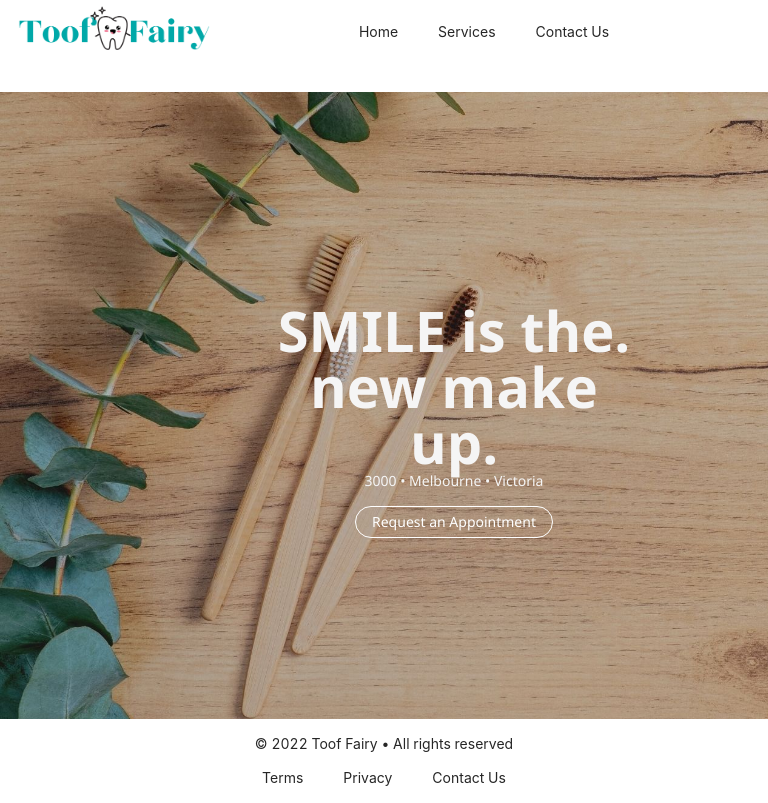
Repository: neldad1/dentist-app
Page: /
An editor plug-in stored every save of this project. The page is shown before and after the next save, followed by the edit.
The browser window is 768 px wide. The pictures show the whole page.
The project was rebuilt for these pictures with package versions that can differ from the ones it lists, and the page was loaded fresh each time. Also part of the build but not shown: src/components/Contact.jsx, src/components/Services/ToofImg.jsx, src/components/Services/Cosmetic.jsx, src/components/Services/Restorative.jsx, src/components/Services/Preventative.jsx, src/components/Footer/Terms.jsx, src/components/Footer/Privacy.jsx.

Above is the page before, as saved 2022-03-10 14:40:49.

### public/index.html
<!DOCTYPE html>
<html lang="en">
  <head>
    <meta charset="utf-8" />
    <link rel="icon" href="%PUBLIC_URL%/favicon.svg" type="image/svg+xml">
    <meta name="viewport" content="width=device-width, initial-scale=1" />
    <meta name="theme-color" content="#000000" />
    <meta
      name="description"
      content="Web site created using create-react-app"
    />
    <link rel="apple-touch-icon" href="%PUBLIC_URL%/logo192.png" />
    <!--
      manifest.json provides metadata used when your web app is installed on a
      user's mobile device or desktop. See https://developers.google.com/web/fundamentals/web-app-manifest/
    -->
    <link rel="manifest" href="%PUBLIC_URL%/manifest.json" />
    <!--
      Notice the use of %PUBLIC_URL% in the tags above.
      It will be replaced with the URL of the `public` folder during the build.
      Only files inside the `public` folder can be referenced from the HTML.

      Unlike "/favicon.ico" or "favicon.ico", "%PUBLIC_URL%/favicon.ico" will
      work correctly both with client-side routing and a non-root public URL.
      Learn how to configure a non-root public URL by running `npm run build`.
    -->
    <title>React App</title>
  </head>
  <body>
    <noscript>You need to enable JavaScript to run this app.</noscript>
    <div id="root"></div>
    <!--
      This HTML file is a template.
      If you open it directly in the browser, you will see an empty page.

      You can add webfonts, meta tags, or analytics to this file.
      The build step will place the bundled scripts into the <body> tag.

      To begin the development, run `npm start` or `yarn start`.
      To create a production bundle, use `npm run build` or `yarn build`.
    -->
  </body>
</html>

### src/index.js
import React from 'react';
import ReactDOM from 'react-dom';
import './index.css';
import App from './App';
import reportWebVitals from './reportWebVitals';

ReactDOM.render(
  //<React.StrictMode>
  <App />,
  //</React.StrictMode>,
  document.getElementById('root')
);

// If you want to start measuring performance in your app, pass a function
// to log results (for example: reportWebVitals(console.log))
// or send to an analytics endpoint. Learn more: https://bit.ly/CRA-vitals
reportWebVitals();

### src/App.js
import { BrowserRouter } from 'react-router-dom';

import 'antd/dist/antd.min.css';
import './App.css';
import AppRoutes from './AppRoutes';
import { Layout } from 'antd';
import HeaderLogo from './components/Header/HeaderLogo';
import Navigation from './components/Header/Navigation';
import FooterMenu from './components/Footer/FooterMenu';
const { Header, Footer, Content } = Layout;

function App() {
  return (
    <BrowserRouter>
      <Layout className="layout">
        <Header className="header">
          <HeaderLogo />
          <Navigation />
        </Header>
        <Content>
          <AppRoutes />
        </Content>
        <Footer className="footer">
          <span>© 2022 Toof Fairy • All rights reserved </span>
          <FooterMenu />
        </Footer>
      </Layout>
    </BrowserRouter>
  );
}

export default App;

### src/App.css

h1 {
  font-size: 2.5em;
}

.layout {
  height: 100vh;
  width: 100vw;
  text-align: center;
  background: #fff;
}

.header {
  background: #fff;
  padding: 0 1em;
}

.menu {
  flex: 1;
  border: none;
  display: flex;
  align-items: center;
  justify-content: flex-end;
}

.logo {
  width: 200px;
  height: 50px;
  float: left;
  margin-top: 4px;
}

.footer {
  background: #fff;
  display: flex;
  align-items: center;
}

.intro-wrapper {
  text-align: center;
}

.home {
  width: 100%;
  height: 100%;
  margin: 2em 0;
  display: flex;
  justify-content: center;
  align-items: center;
  background-image: url('/public/tfBackground.jpg');
  background-size: cover;
  background-repeat: no-repeat;
}

.content-wrapper {
  width: 50%;
  font-family: 'Segoe UI', sans-serif;
  margin-left: 10em;
  color: whitesmoke;
  display: block;
}
.tagline1 {
  font-weight: bolder;
  font-size: 2em;
  margin: 0;
  line-height: 1;
}

.contact-form {
  text-align: left;
}

.main-content {
  height: 100%;
  width: 60%;
  overflow-y: scroll;
  display: block;
  margin: 2em auto;
}

.service-info {
  display: flex;
  text-align: left;
  margin-bottom: 1em;
  align-items: center;
}

.service-definition {
  margin-left: 1.5em;
}

@media screen and (max-width: 768px) {
  .main-content {
    width: 100%;
    margin: 0.5em;
  }
  .footer {
    display: block;
    padding: 1em 0 0 0;
  }
  .menu {
    justify-content: center;
  }
}

### src/AppRoutes.jsx
import { Route, Routes } from 'react-router-dom';
import Home from './components/Home';
import Contact from './components/Contact';
import Cosmetic from './components/Services/Cosmetic';
import Restorative from './components/Services/Restorative';
import Preventative from './components/Services/Preventative';
import Terms from './components/Footer/Terms';
import Privacy from './components/Footer/Privacy';

const AppRoutes = () => {
  return (
    <Routes>
      <Route exact path="/" element={<Home />} />
      <Route path="/cosmetic" element={<Cosmetic />} />
      <Route path="/restorative" element={<Restorative />} />
      <Route path="/preventative" element={<Preventative />} />
      <Route path="/contact" element={<Contact />} />
      <Route path="/terms" element={<Terms />} />
      <Route path="/privacy" element={<Privacy />} />
    </Routes>
  );
};

export default AppRoutes;

### src/components/Header/HeaderLogo.jsx
import { Link } from 'react-router-dom';

const HeaderLogo = () => {
  return (
    <Link to="/">
      <img className="logo" src={require('./tfLogo.png')} alt="TF" />
    </Link>
  );
};

export default HeaderLogo;

### src/components/Header/Navigation.jsx
import { Link } from 'react-router-dom';
import { Menu } from 'antd';
const { SubMenu } = Menu;

const Navigation = () => {
  return (
    <Menu mode="horizontal" className="menu">
      <Menu.Item key="home">
        <span>Home</span>
        <Link to="/" />
      </Menu.Item>
      <SubMenu key="subMenu" title="Services">
        <Menu.Item key="cosmetic">
          <span>Cosmetic</span>
          <Link to="/cosmetic" />
        </Menu.Item>
        <Menu.Item key="restore">
          <span>Restorative</span>
          <Link to="/restorative" />
        </Menu.Item>
        <Menu.Item key="prevent">
          <span>Preventative</span>
          <Link to="/preventative" />
        </Menu.Item>
      </SubMenu>
      <Menu.Item key="contact">
        <span>Contact Us</span>
        <Link to="/contact" />
      </Menu.Item>
    </Menu>
  );
};

export default Navigation;

### src/components/Footer/FooterMenu.js
import { Link } from 'react-router-dom';
import { Menu } from 'antd';

const FooterMenu = () => {
  return (
    <Menu mode="horizontal" className="menu">
      <Menu.Item key="terms">
        <span>Terms</span>
        <Link to="/terms" />
      </Menu.Item>
      <Menu.Item key="privacy">
        <span>Privacy</span>
        <Link to="/terms" />
      </Menu.Item>
      <Menu.Item key="contact">
        <span>Contact Us</span>
        <Link to="/contact" />
      </Menu.Item>
    </Menu>
  );
};

export default FooterMenu;

### src/components/Home.jsx
import { Button } from 'antd';
import { Link } from 'react-router-dom';

const Home = () => {
  return (
    <div className="home">
      <div className="content-wrapper">
        <div className="tagline1">
          <p className="tagline1">SMILE is the.</p>
          <p className="tagline1">new make up.</p>
        </div>
        <p className="addr">3000 • Melbourne • Victoria</p>
        <Link to="/contact">
          <Button type="default" shape="round" ghost>
            Request an Appointment
          </Button>
        </Link>
      </div>
    </div>
  );
};

export default Home;

Loaded but not shown: src/index.css (common file); src/reportWebVitals.js (common file)

After the next save:
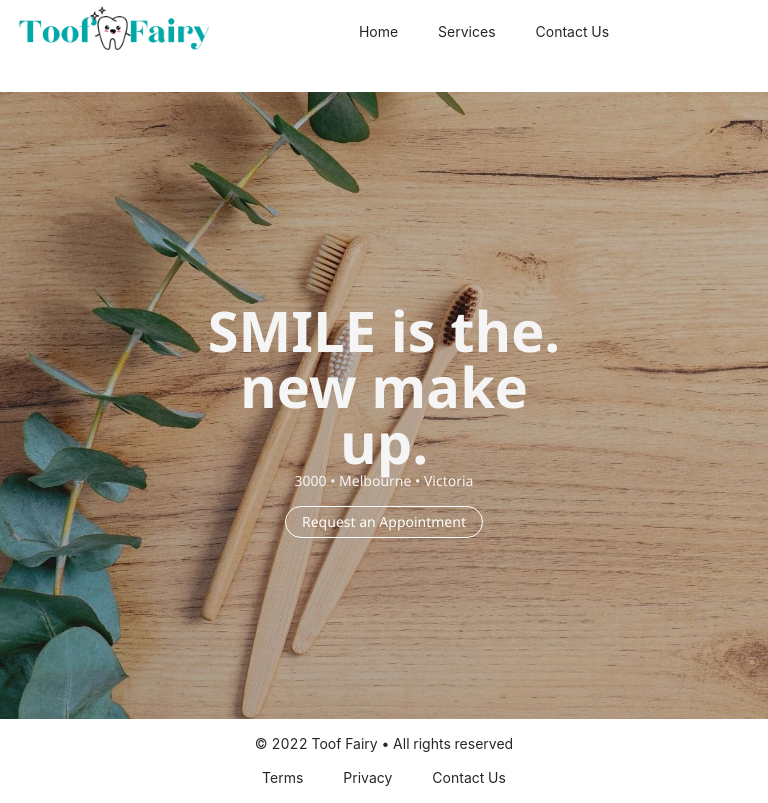
Saved 78 s later.
--- a/src/App.css
+++ b/src/App.css
@@ -101,4 +101,7 @@ h1 {
   .menu {
     justify-content: center;
   }
+  .content-wrapper {
+    margin-left: 0;
+  }
 }
